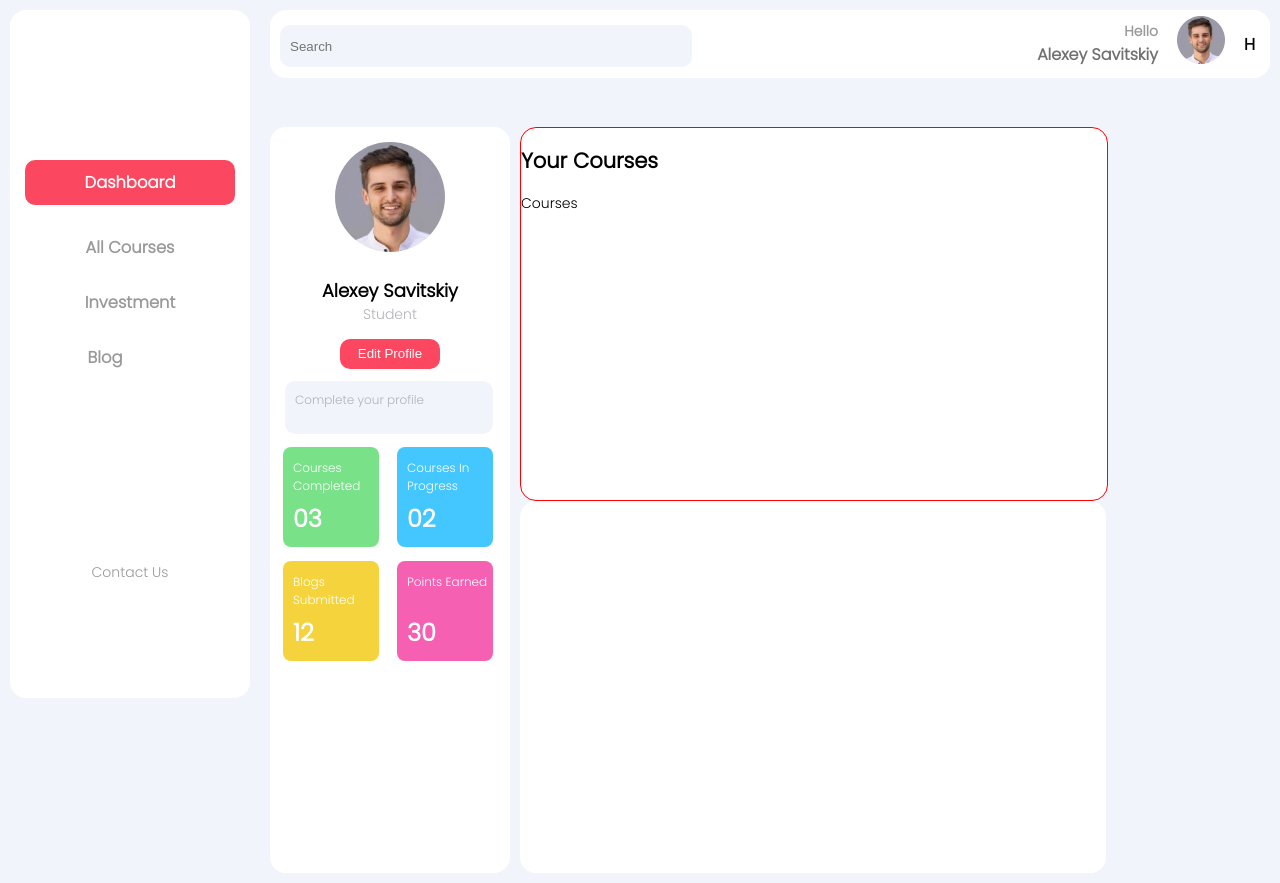
Repository: Anuruddha00/dashboard-design
Page: /
An editor plug-in stored every save of this project. The page is shown before and after the next save, followed by the edit.
The browser window is 1280 px wide. The pictures show the whole page.
The project was rebuilt for these pictures with package versions that can differ from the ones it lists, and the page was loaded fresh each time.

Above is the page before, as saved 2021-05-07 16:59:56.

### public/index.html
<!DOCTYPE html>
<html lang="en">
  <head>
    <meta charset="utf-8" />
    <link rel="icon" href="%PUBLIC_URL%/favicon.ico" />
    <meta name="viewport" content="width=device-width, initial-scale=1" />
    <meta name="theme-color" content="#000000" />
    <meta
      name="description"
      content="Web site created using create-react-app"
    />
    <link rel="apple-touch-icon" href="%PUBLIC_URL%/logo192.png" />

    <link rel="preconnect" href="https://fonts.gstatic.com">
    <link href="https://fonts.googleapis.com/css2?family=Poppins:wght@300&display=swap" rel="stylesheet">

    <!--
      manifest.json provides metadata used when your web app is installed on a
      user's mobile device or desktop. See https://developers.google.com/web/fundamentals/web-app-manifest/
    -->
    <link rel="manifest" href="%PUBLIC_URL%/manifest.json" />
    <!--
      Notice the use of %PUBLIC_URL% in the tags above.
      It will be replaced with the URL of the `public` folder during the build.
      Only files inside the `public` folder can be referenced from the HTML.

      Unlike "/favicon.ico" or "favicon.ico", "%PUBLIC_URL%/favicon.ico" will
      work correctly both with client-side routing and a non-root public URL.
      Learn how to configure a non-root public URL by running `npm run build`.
    -->
    <title>React App</title>
  </head>
  <body>
    <noscript>You need to enable JavaScript to run this app.</noscript>
    <div id="root"></div>
    <!--
      This HTML file is a template.
      If you open it directly in the browser, you will see an empty page.

      You can add webfonts, meta tags, or analytics to this file.
      The build step will place the bundled scripts into the <body> tag.

      To begin the development, run `npm start` or `yarn start`.
      To create a production bundle, use `npm run build` or `yarn build`.
    -->
  </body>
</html>

### src/index.js
import React from 'react';
import ReactDOM from 'react-dom';
import Dashboard from './containers/Dashboard/Dashboard';
import reportWebVitals from './reportWebVitals';

ReactDOM.render(
  <React.StrictMode>
    <Dashboard />
  </React.StrictMode>,
  document.getElementById('root')
);

// If you want to start measuring performance in your app, pass a function
// to log results (for example: reportWebVitals(console.log))
// or send to an analytics endpoint. Learn more: https://bit.ly/CRA-vitals
reportWebVitals();

### src/containers/Dashboard/Dashboard.js
import React from 'react';
import './Dashboard.scss';

const dashboard = () =>{

    return(
        <div className='container'>
            <div className='dashboard'>
                <div className='dashboardSideBar'>
                   <div className='dashboardSideBarTitle'>
                        <h3 className='dashboardSideBarTitleDashboard'>Dashboard</h3>
                        <h3 className='dashboardSideBarTitleCourses'>All Courses</h3>
                        <h3 className='dashboardSideBarTitleInvestment'>Investment</h3>
                        <h3 className='dashboardSideBarTitleBlog'>Blog</h3>
                   </div>
                   <div className='dashboardSideBarContact'>
                        <p>Contact Us</p>
                   </div>
                </div>
                <div className='dashboardMenu'>
                    <section className='content'>
                        <nav className='contentNavbar'>
                            <div className='contentNavbarSearch'>
                                <form>
                                    <input type='text' placeholder='Search'/>
                                </form>
                            </div>
                            <div className='contentNavbarProfile'>
                                <div className='contentNavbarProfileName'>
                                    <h3>Hello</h3>
                                    <h2>Alexey Savitskiy</h2>
                                </div>
                                <img src='./assets/Image 9.png'/>
                                <h1>H</h1>
                            </div>
                        </nav>
                        <div className='contentBody'>
                            <section className='details'>
                                <div className='detailsAbout'>
                                    <div className='detailsAboutProfile'>
                                        <img src='./assets/Image 12.png'/>
                                        <h3>Alexey Savitskiy</h3>
                                        <p>Student</p>
                                        <button>Edit Profile</button>
                                    </div>
                                    <div className='detailsAboutComplete'>
                                        <p>Complete your profile</p>
                                    </div>
                                    <div className='detailsAboutProgress'>
                                        <div className='detailsAboutProgressCompleted'>
                                            <p>Courses Completed</p>
                                            <h1>03</h1>
                                        </div>
                                        <div className='detailsAboutProgressContinue'>
                                            <p>Courses In Progress</p>
                                            <h1>02</h1>
                                        </div>
                                        <div className='detailsAboutProgressBlogs'>
                                            <p>Blogs Submitted</p>
                                            <h1>12</h1>
                                        </div>
                                        <div className='detailsAboutProgressPoints'>
                                            <p>Points Earned</p>
                                            <h1>30</h1>
                                        </div>
                                    </div>
                                </div>
                            </section>

                            <section className='view'>
                                <section className='courses'>
                                    <nav className='coursesNavbar'>
                                        <h2>Your Courses</h2>
                                        <p className=''>Courses</p>
                                    </nav>
                                </section>
                                <section className='blog'>

                                </section>
                            </section>
                        </div>
                   </section>
                </div>
            </div>
        </div>
    )

}
export default dashboard;

### src/containers/Dashboard/Dashboard.scss

body{
    margin: 0;
    padding: 0;
    font-size: 0.875rem;
    font-family: 'Poppins', sans-serif;

}

.container{
    background: #f1f5fb;
    height: 100%;

    .dashboard{
        display: grid;
        grid-template-columns: 1fr 4fr;
        grid-auto-rows: minmax(100px, auto);

        &SideBar{
            grid-column: 1;
            grid-row: 1 / 6;
            border-radius: 16px;
            background: #ffffff;
            margin: 10px;
            height: 688px;
            width: 240px;

            &Title{
                margin-top: 150px;
                font-size: 14px;

                &Dashboard{
                    background:#fc4760;
                    border-radius: 10px;
                    text-align: center;
                    padding: 10px 10px 10px 10px;
                    margin: 10px 15px 10px 15px;
                    color: #ffffff;

                }
                &Courses{
                    text-align: center;
                    margin-top: 30px;
                    color: #9a9999;
                }
                &Investment{
                    text-align: center;
                    margin-top: 30px;
                    color: #9a9999;
                }
                &Blog{
                    text-align: center;
                    margin-top: 30px;
                    margin-right: 50px;
                    color: #9a9999;
                }
            }
            &Contact{
                margin-top: 80%;

                p{
                    text-align: center;
                    color: #9a9999;
                    font-size: 14px;
                }

            }
        }
        &Menu{
            grid-column: 2;
            grid-row: 1 / 6;
            margin: 10px;

            .content{
                display: grid;
                grid-template-rows:1fr 7fr ;
                gap:10px;

                &Navbar{
                    display: grid;
                    grid-template-columns: 1fr 1fr;

                    background: #ffffff;
                    border-radius: 16px;
                    height: 68px;

                    &Search{

                        input{
                            background: #f1f5fb;
                            border-style: none;
                            padding-left: 10px;
                            width: 400px;
                            height: 40px;
                            margin: 15px 0 0 10px;
                            border-radius: 10px;

                        }
                    }
                    &Profile{
                        display: flex;
                        flex-direction: row;
                        justify-content: flex-end;
                        gap: 1em;
                        margin-right: 15px;
                        align-items: center;
                        height: 68px;

                        &Name{
                            text-align: end;
                            margin-top: 0;

                            h3{
                                color: #9a9999;
                                margin: 0;
                                font-size: 14px;
                            }
                            h2{
                                margin: 0;
                                font-size: 16px;
                                color: #707070;
                            }
                        }
                    }
                }
                &Body{
                    display: grid;
                    grid-template-columns: 2fr 5fr 3fr;

                    .details{
                        border-radius: 16px;
                        background: #ffffff;


                        &About{
                            height:555px;
                            width: 240px;

                            &Profile{
                                text-align: center;
                                margin-top: 15px;


                                h3{
                                    font-size: 18px;
                                    margin: 0;
                                }
                                p{
                                    color: #b0b2b5;
                                    margin-top: 0;
                                }
                                button{
                                    border-style: none;
                                    border-radius: 10px;
                                    width: 100px;
                                    height: 30px;
                                    color: #ffffff;
                                    background: #fc4760;

                                }
                            }
                            &Complete{
                                background: #f1f5fb;
                                border-radius: 10px;
                                color: #b0b2b5;
                                height: 53px;
                                width: 208px;
                                font-size: 12px;
                                margin-left: 15px;

                                p{
                                    padding-left: 10px;
                                    padding-top: 10px;
                                }
                            }
                            &Progress{
                                display: grid;
                                grid-template-columns: 1fr 1fr;
                                margin: 13px;
                                gap: 1em;
                                color: #ffffff;

                                p{
                                    font-size: 12px;
                                    padding-left: 10px;
                                }


                                &Completed{
                                    background: #79e289;
                                    border-radius: 8px;
                                    width: 96px;
                                    height: 100px;
                                    position: relative;

                                    h1{
                                        font-size: 24px;
                                        position: absolute;
                                        left: 10px;
                                        top: 30px;
                                    }

                                }
                                &Continue{
                                    background:  #44c6ff;
                                    border-radius: 8px;
                                    width: 96px;
                                    height: 100px;
                                    position: relative;

                                    h1{
                                        font-size: 24px;
                                        position: absolute;
                                        left: 10px;
                                        top: 30px;
                                    }

                                }
                                &Blogs{
                                    background:  #f4d33d;
                                    border-radius: 8px;
                                    width: 96px;
                                    height: 100px;
                                    position: relative;

                                    h1{
                                        font-size: 24px;
                                        position: absolute;
                                        left: 10px;
                                        top: 30px;
                                    }
                                }
                                &Points{
                                    background: #f560b2;
                                    border-radius: 8px;
                                    width: 96px;
                                    height: 100px;
                                    position: relative;

                                    h1{
                                        font-size: 24px;
                                        position: absolute;
                                        left: 10px;
                                        top: 30px;
                                    }

                                }

                            }
                        }
                    }
                    .view{


                        .courses{
                            border: 1px solid red;
                            width: 586px;
                            height: 372px;
                            border-radius: 16px;
                            background: #ffffff;
                            margin-left: 10px;
                        }

                        .blog{
                            width: 586px;
                            height: 372px;
                            border-radius: 16px;
                            background: #ffffff;
                            margin-left: 10px;
                        }
                    }
                }
            }
        }
    }
}

Loaded but not shown: src/reportWebVitals.js (common file)

After the next save:
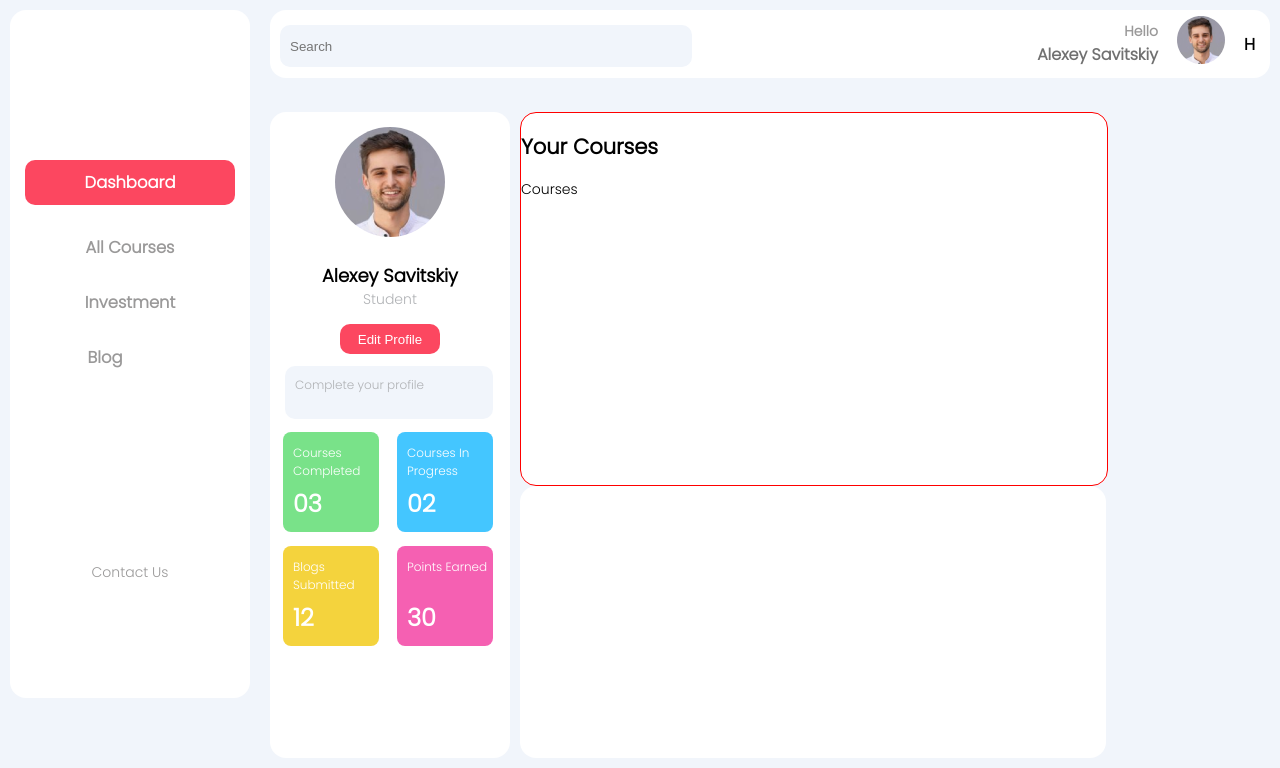
Saved 28 s later.
--- a/src/containers/Dashboard/Dashboard.scss
+++ b/src/containers/Dashboard/Dashboard.scss
@@ -251,6 +251,7 @@ body{
                     }
                     .view{
 
+                        margin-left: 10px;
 
                         .courses{
                             border: 1px solid red;
@@ -258,15 +259,15 @@ body{
                             height: 372px;
                             border-radius: 16px;
                             background: #ffffff;
-                            margin-left: 10px;
+
                         }
 
                         .blog{
                             width: 586px;
-                            height: 372px;
+                            height: 272px;
                             border-radius: 16px;
                             background: #ffffff;
-                            margin-left: 10px;
+
                         }
                     }
                 }
